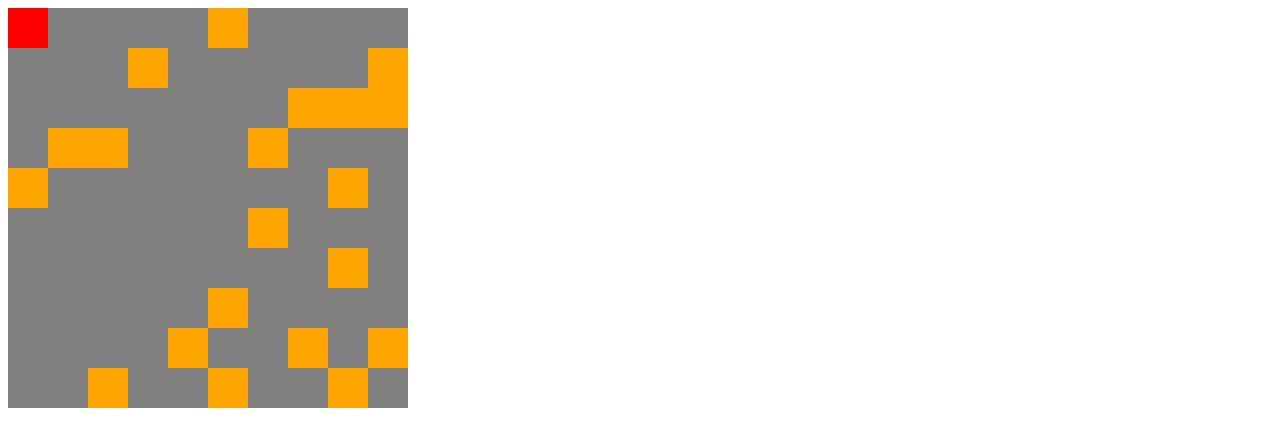
Repository: evemcd/udemy_javascript
Page: complete-javascript-course-master/02-Fundamentals-Part-2/starter/minesweeper/index.html
An editor plug-in stored every save of this project. The page is shown before and after the next save, followed by the edit.
The browser window is 1280 px wide. The pictures show the whole page.
After loading, the first visible `#\30` was clicked once.

Above is the page before, as saved 2022-04-25 12:01:29.

### complete-javascript-course-master/02-Fundamentals-Part-2/starter/minesweeper/index.html
<!DOCTYPE html>
<html lang="en" dir="ltr">
<head>
    <meta charset="UTF-8">
    <title>Minesweeper</title>
    <link rel="stylesheet" href="style.css">
    <script src="script.js" charset="utf-8"></script>
</head>
<body>
    <div class="grid">

    </div>
</body>
</html>

### complete-javascript-course-master/02-Fundamentals-Part-2/starter/minesweeper/style.css
.grid {
    height: 400px;
    width: 400px;
    display: flex;
    flex-wrap: wrap;
    background-color: grey;
}

.grid div {
    height: 40px;
    width: 40px;
}

.checked {
    background-color: red;
}

.bomb {
    background-color: orange;
}

### complete-javascript-course-master/02-Fundamentals-Part-2/starter/minesweeper/script.js
document.addEventListener('DOMContentLoaded', () => {
    const grid = document.querySelector('.grid');
    let width = 10;
    let bombAmount = 20;
    let squares = [];
    let isGameOver = false;

    //create board
    function createBoard() {
        //get shuffled game array with random bombs
        const bombsArray = Array(bombAmount).fill('bomb');
        const emptyArray = Array(width*width - bombAmount).fill('valid');
        const gameArray = emptyArray.concat(bombsArray);
        const shuffledArray = gameArray.sort(() => Math.random() -0.5);


        for(let i = 0; i < width * width; i++) {
            const square = document.createElement('div');
            square.setAttribute('id', i);
            square.classList.add(shuffledArray[i]);
            grid.appendChild(square)
            squares.push(square);

            //normal click
            square.addEventListener('click', function(e) {
                click(square);
            })
        }

        //add numbers
        for (let i = 0; i < squares.length; i++) {
            let total = 0;
            const isLeftEdge = i % width === 0;
            const isRightEdge = i === width - 1;

            if (squares[i].classList.contains('valid')) {
                if (i > 0 && !isLeftEdge && squares[i - 1].classList.contains('bomb')) total ++;
                if (i > 9 && !isRightEdge && squares[i + 1 - width].classList.contains('bomb')) total ++;
                if (i > 10 && squares[i - width].classList.contains('bomb')) total ++;
                if (i > 11 && !isLeftEdge && squares[i - 1 - width].classList.contains('bomb')) total ++;
                if (i < 98 && !isRightEdge && squares[i + 1].classList.contains('bomb')) total ++;
                if (i < 90 && !isLeftEdge && squares[i - 1 + width].classList.contains('bomb')) total ++;
                if (i < 88 && !isRightEdge && squares[i + 1 + width].classList.contains('bomb')) total ++;
                if (i < 89 && squares[i + width].classList.contains('bomb')) total ++;

                squares[i].setAttribute('data', total);
            }
        }
    }
    createBoard();

    //click on square actions
    function click(square) {
        if (isGameOver) return;
        if (square.classList.contains('checked') || square.classList.contains('flag')) return;
        if (square.classList.contains('bomb')) {
            console.log('Game over');
        } else {
            let total = square.getAttribute('data');
            if (total != 0) {
                square.classList.add('checked');
                square.innerHTML = total;
                return;
            }
            square.classList.add('checked');
        }

    }
})

After the next save:
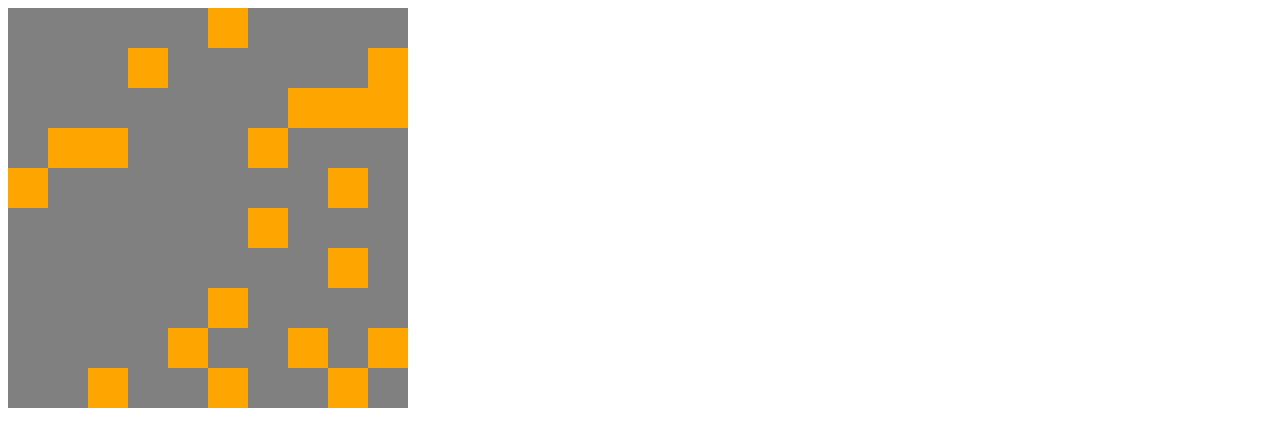
Console error: ReferenceError: checkSquare is not defined
Saved 74 s later.
--- a/complete-javascript-course-master/02-Fundamentals-Part-2/starter/minesweeper/script.js
+++ b/complete-javascript-course-master/02-Fundamentals-Part-2/starter/minesweeper/script.js
@@ -62,8 +62,8 @@
                 square.innerHTML = total;
                 return;
             }
-            square.classList.add('checked');
+            checkSquare(square, currentId);
         }
-
+        square.classList.add('checked');
     }
 })

After the 2 saves that followed:
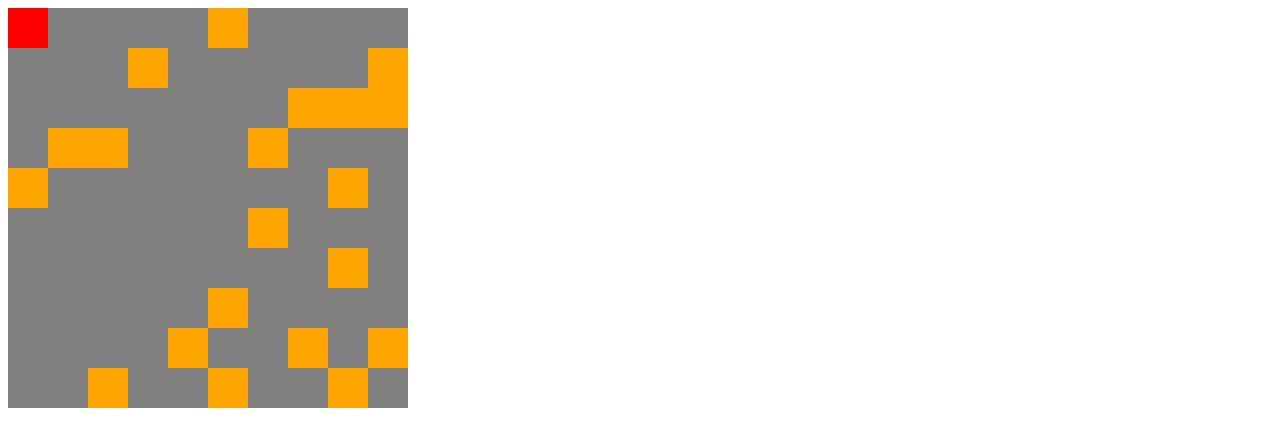
The error is gone.
The 2 saves are shown as one change because 1 left the picture as it was.
The last was saved 103 s later.
--- a/complete-javascript-course-master/02-Fundamentals-Part-2/starter/minesweeper/script.js
+++ b/complete-javascript-course-master/02-Fundamentals-Part-2/starter/minesweeper/script.js
@@ -51,6 +51,7 @@
 
     //click on square actions
     function click(square) {
+        let currentId = square.id;
         if (isGameOver) return;
         if (square.classList.contains('checked') || square.classList.contains('flag')) return;
         if (square.classList.contains('bomb')) {
@@ -66,4 +67,9 @@
         }
         square.classList.add('checked');
     }
+
+    //check neighbouring squares once square is clicked
+    function checkSquare(square, currentId) {
+        const isLeftEdge = (currentId)
+    }
 })
